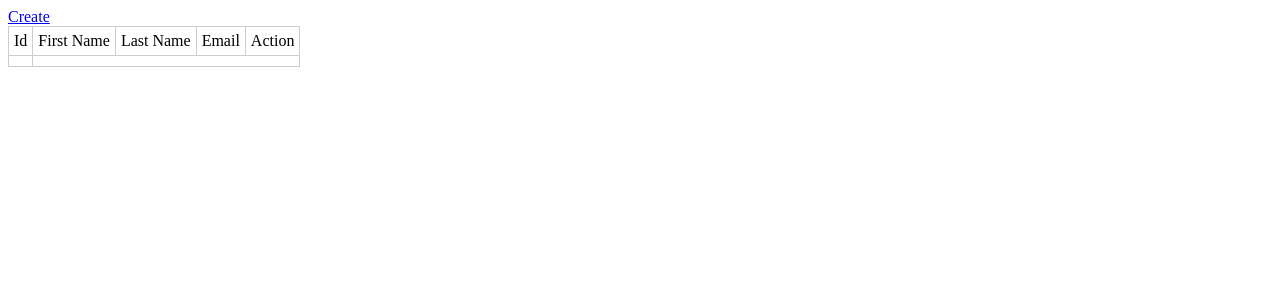
Repository: Ibrahimalrkaby/CRUD
Page: http://localhost/
The author's editor kept a copy of each file at every save. The page is drawn from the files as they stood at one save, then again after the next save.
The browser window is 1280 px wide. The pictures show the whole page.
The page is run by PHP 8.4 with error messages shown; the project is at /var/www/html/.

Above is the page before, as saved 2025-06-27 19:41:44.

### index.php
<?php
include "req/read.php";
include "db_conn.php";
?>
<!DOCTYPE html>
<html lang="en">

<head>
    <meta charset="UTF-8">
    <meta name="viewport" content="width=device-width, initial-scale=1.0">
    <title>PHP_crud</title>
    <link rel="stylesheet" type="text/css" href="style.css">
</head>

<body>
    <a href="create.php">Create</a>

    <table>
        <tr>
            <td>Id</td>
            <td>First Name</td>
            <td>Last Name</td>
            <td>Email</td>
            <td>Action</td>
        </tr>
        <tr>
            <td></td>
        </tr>
    </table>
</body>

</html>

### req/read.php
<?php



function read($conn)
{
    $sql = "SELECT * FROM users";

    $stmt = $conn->prepare($sql);
    $stmt->execute([$first_name, $last_name, $email]);
}

### db_conn.php
<?php

$ServerName = "localhost";
$UserName = "root";
$password = "";

$db_name = "crud_app";

try {
    $conn = new PDO(
        "mysql:host=$ServerName;dbname=$db_name",
        $UserName,
        $password
    );

    $conn->setAttribute(PDO::ATTR_ERRMODE, PDO::ERRMODE_EXCEPTION);
} catch (PDOException $e) {
    echo "Connection Failed: " . $e->getMessage();
}

### style.css
table,
th,
td,
tr {
  border: 1px solid #ccc;
  border-collapse: collapse;
  padding: 5px;
}

After the next save:
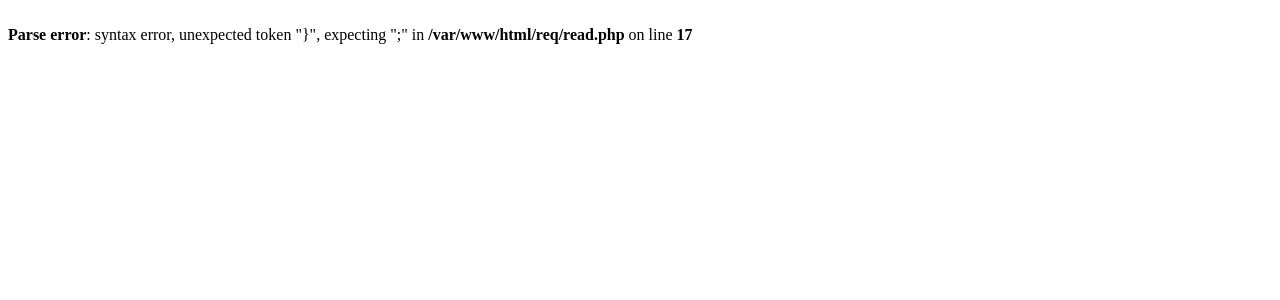
Saved 3 min 46 s later.
--- a/req/read.php
+++ b/req/read.php
@@ -7,5 +7,11 @@
     $sql = "SELECT * FROM users";
 
     $stmt = $conn->prepare($sql);
-    $stmt->execute([$first_name, $last_name, $email]);
+    $stmt->execute([]);
+
+    if ($stmt->rowCount() > 0){
+        $users = $stmt->fetchAll();
+    }else $users = 0;
+
+    return $users
 }

After the save that followed:
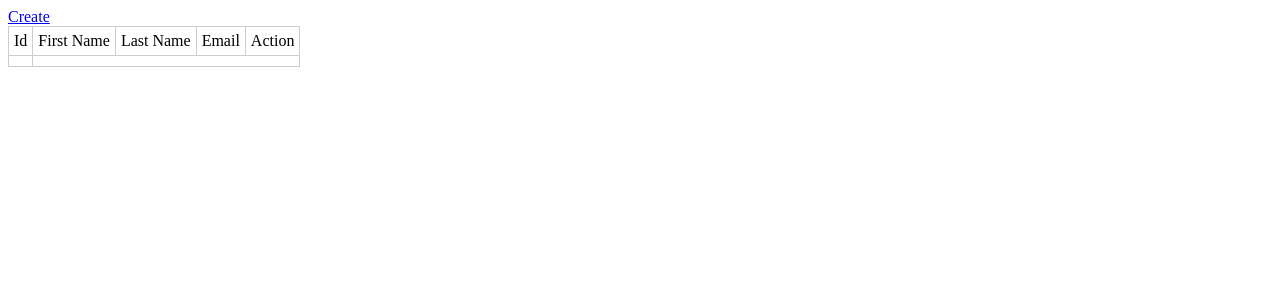
Saved 5 s later.
--- a/req/read.php
+++ b/req/read.php
@@ -9,9 +9,9 @@
     $stmt = $conn->prepare($sql);
     $stmt->execute([]);
 
-    if ($stmt->rowCount() > 0){
+    if ($stmt->rowCount() > 0) {
         $users = $stmt->fetchAll();
-    }else $users = 0;
+    } else $users = 0;
 
-    return $users
+    return $users;
 }
